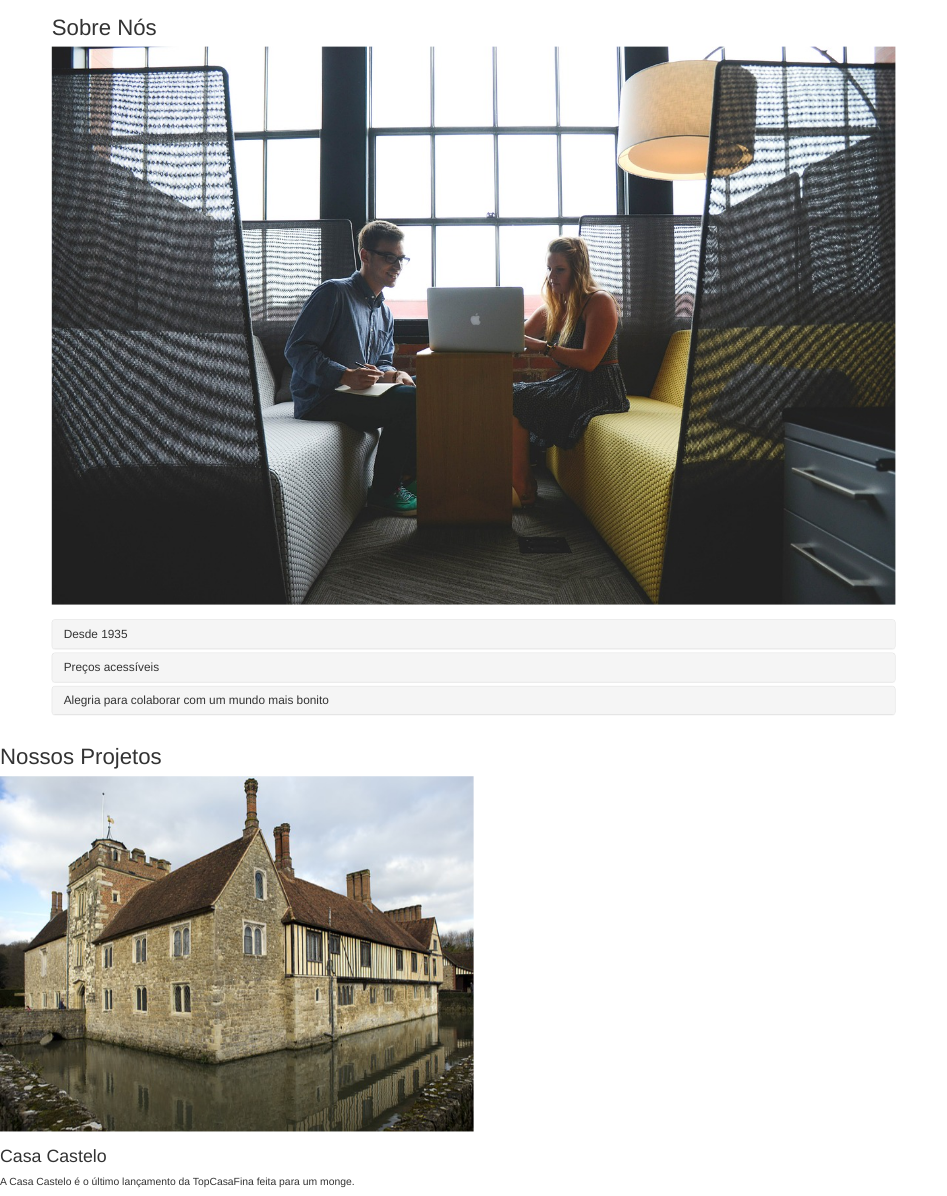
Repository: daviemer/bootstrap-alura
Page: index2.html
An editor plug-in stored every save of this project. The page is shown before and after the next save, followed by the edit.
The browser window is 1280 px wide. The pictures show the whole page, at 74% of full size.

Above is the page before, as saved 2022-07-08 21:04:14.

After the next save:
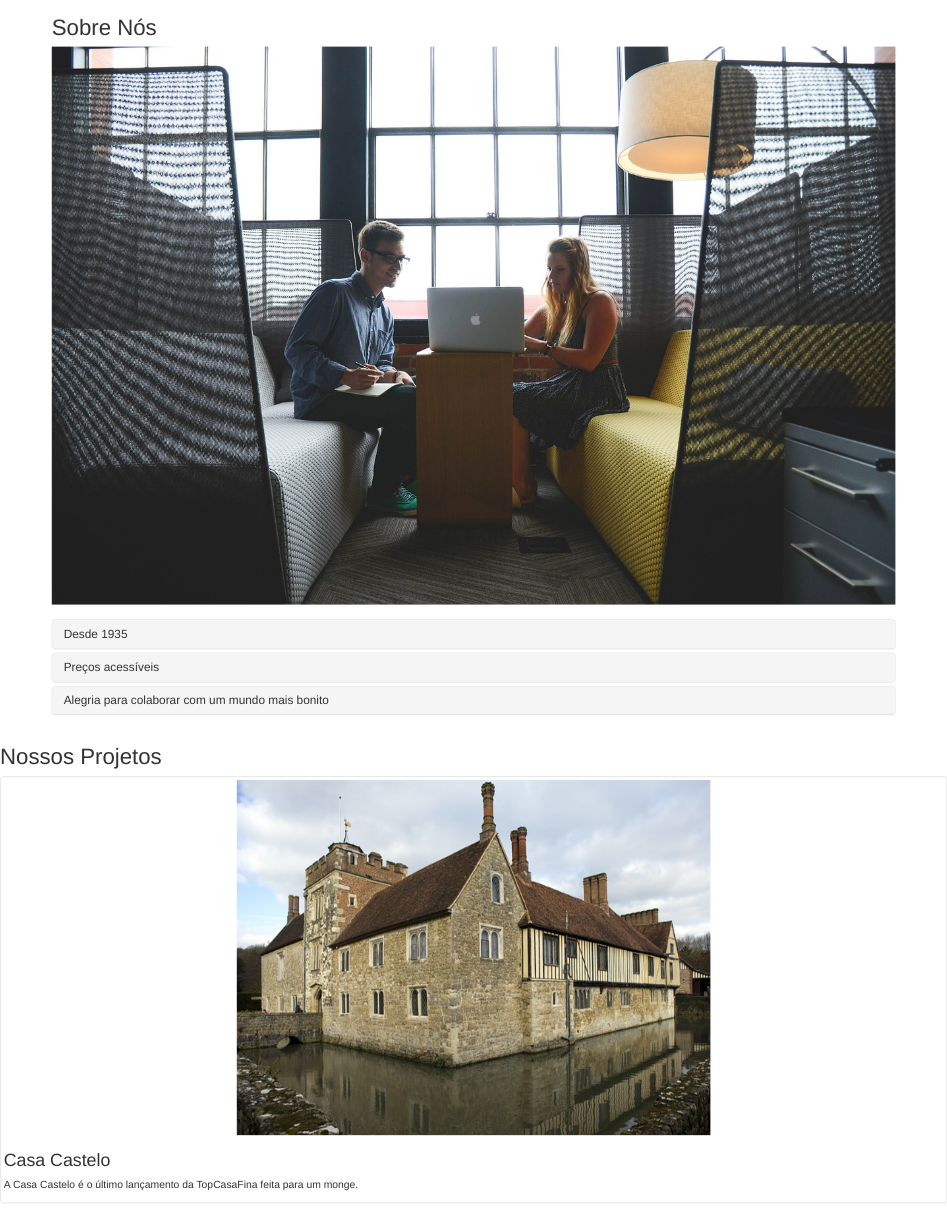
Saved 81 s later.
--- a/index2.html
+++ b/index2.html
@@ -52,7 +52,7 @@
 
   <h2>Nossos Projetos</h2>
 
-  <div>
+  <div class="thumbnail">
     <img src="assets/img/projetos/casa-castelo.png" alt="Foto da Casa Castelo">
     <div>
       <h3>Casa Castelo</h3>
